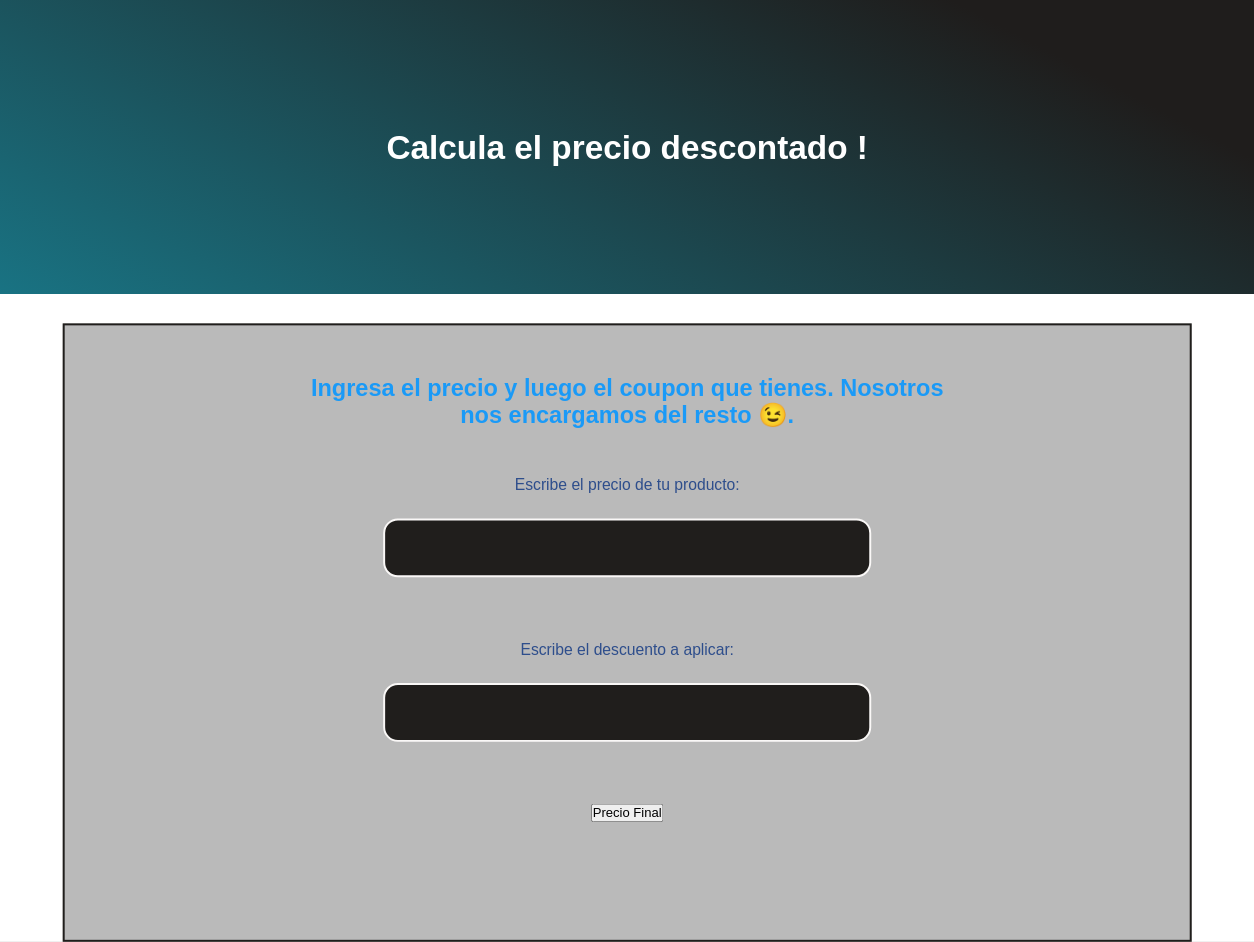
Repository: ChristianGecchelin/javascript-project
Page: javascript-project/descuentos y porcentajes/descuentos.html
The author's editor kept a copy of each file at every save. The page is drawn from the files as they stood at one save, then again after the next save.
The browser window is 1280 px wide. The pictures show the whole page, at 98% of full size.

Above is the page before, as saved 2021-12-05 18:29:11.

### javascript-project/descuentos y porcentajes/descuentos.html
<!DOCTYPE html>
<html lang="es">
  <head>
    <meta charset="UTF-8" />
    <meta http-equiv="X-UA-Compatible" content="IE=edge" />
    <meta name="viewport" content="width=device-width, initial-scale=1.0" />
    <title>Porcentajes y descuentos</title>
    <link rel="stylesheet" href="./style.css" />
  </head>
  <body>
    <header>
      <div class="header--title-container">
        <h1>Calcula el precio descontado !</h1>
      </div>
    </header>
    <main>
      <section class="title-container">
        <h2 class="title">
          Ingresa el precio y luego el coupon que tienes. Nosotros nos
          encargamos del resto 😉.
        </h2>
        <div class="container-form">
          <form action="">
            <div class="form--labelContainer">
              <label class="form--label-input" for="inputPrice">
                Escribe el precio de tu producto:</label
              >
              <input class="form--input" type="number" id="inputPrice" />
            </div>
            <div class="form--labelContainer">
              <label class="form--label-input" for="inputCoupon"
                >Escribe el descuento a aplicar:</label
              >
              <input class="form--input" type="number" id="inputCoupon" />
            </div>

            <button type="button" onclick="calculateDiscountPrice()">
              Precio Final
            </button>
          </form>
        </div>
        <section class="container-answer">
          <p id="resultFunction"></p>
        </section>
      </section>
    </main>

    <script src="./descuentos.js"></script>
  </body>
</html>

### javascript-project/descuentos y porcentajes/style.css
:root {
  --Dark-lightblue: #197383;
  --soft-orange: #ffe9d5;
  --secondary-blue: #1a9af7;
  --soft-blue: #e7f5ff;
  --warm-black: #201e1c;
  --black: #282623;
  --grey: #bababa;
  --off-white: #faf8f7;
  --just-white: #fff;
}
* {
  box-sizing: border-box;
  margin: 0;
  padding: 0;
}
html {
  font-size: 62.5%;
  font-family: "DM Sans", sans-serif;
}
header {
  position: relative;
  display: flex;
  flex-direction: column;
  justify-content: center;
  width: 100%;
  min-width: 320px;
  height: 300px;
  text-align: center;
  background: linear-gradient(207.8deg, #1f1d1c 16.69%, #197383 100%);
}
header .header--title-container {
  display: flex;
  justify-content: center;
  align-self: center;
  width: 90%;
  min-width: 288px;
  max-width: 900px;
  height: 200px;
  text-align: center;
}
header .header--title-container h1 {
  margin: auto;
  font-size: 3.4rem;
  font-weight: 700;
  line-height: 3.6rem;
  color: var(--just-white);
}
.title-container {
  width: 90%;
  height: auto;
  margin: 0 auto;
  margin-top: 30px;
  padding-top: 50px;
  padding-bottom: 100px;
  text-align: center;
  background-color: #bababa;
  border: 2px solid var(--warm-black);
}
.title-container .title {
  width: 60%;
  margin: 0 auto;
  margin-bottom: 25px;
  font-size: 2.4rem;
  font-weight: 700;
  color: #1a9af7;
}
.title-container .container-form {
  display: flex;
  flex-direction: column;
  justify-content: center;
  height: auto;
  padding: 20px 20px;
}
.title-container .container-form .form--labelContainer {
  margin-bottom: 40px;
}
.title-container .container-form .form--label-input {
  display: block;
  font-size: 1.6rem;
  font-weight: 500;
  line-height: 2.4rem;
  color: rgba(34, 68, 136, 0.92);
}
.title-container .container-form .form--input {
  width: 45%;
  height: 60px;
  margin: 2%;
  padding: 5px 10px;
  border: 2px solid var(--off-white);
  border-radius: 15px;
  background-color: var(--warm-black);
  color: var(--off-white);
}

### javascript-project/descuentos y porcentajes/descuentos.js
// Voy a relacionar los descuentos a cupones que el cliente puede aplicar para bajar el precio del producto
// 1° creo un array de objetos. propiedad: valor,
const coupons = [
  {
    name: "nuevo-socio",
    discount: 30,
  },
  { name: "primera-compra", discount: 15 },
  { name: "navidad", discount: 10 },
  {
    name: "cumpleaños",
    discount: 5,
  },
];
function calculoPrecioConDescuento(precio, descuento) {
  // Calculo el porcentaje final que PAGARA el cliente
  const porcentajePrecioConDescuento = 100 - descuento;
  const precioConDescuento = (precio * porcentajePrecioConDescuento) / 100;
  return precioConDescuento;
}
//Esta funcion es la que llamaremos cuando tocamos el boton
//tomamos los valores puestos en los input
function calculateDiscountPrice() {
  const inputPrice = document.getElementById("inputPrice");
  const priceValue = inputPrice.value;
  const inputCoupon = document.getElementById("inputCoupon");
  const couponValue = inputCoupon.value;
  // Esta funcion validara si coupon name es igual a coupon value, solo se ejecuta cuando la llamo

  const isCouponValueValid = function (coupon) {
    return coupon.name === coupon.value;
  };
  //recorreremos el array de cupones para ver si lo introducido en el input corresponde a un cupon valido mediante la funcion anterior y lo almacenamos en una constante
  const userCoupon = coupons.find(isCouponValueValid);
  //si no corresponde nos da un alert. Pero si es valido, la propiedad discount se la asigno a descuento y ejecuto las funciones para calcular
  //finalmente lo traslado al html
  if (!userCoupon) {
    alert(`El cupón ${couponValue} no es válido`);
  } else {
    const descuento = userCoupon.discount;
    const precioConDescuento = calculoPrecioConDescuento(priceValue, descuento);
    const resultP = document.getElementById("ResultP");
    resultP.innerText = `El precio con descuento es: ${precioConDescuento}`;
  }
}

After the next save:
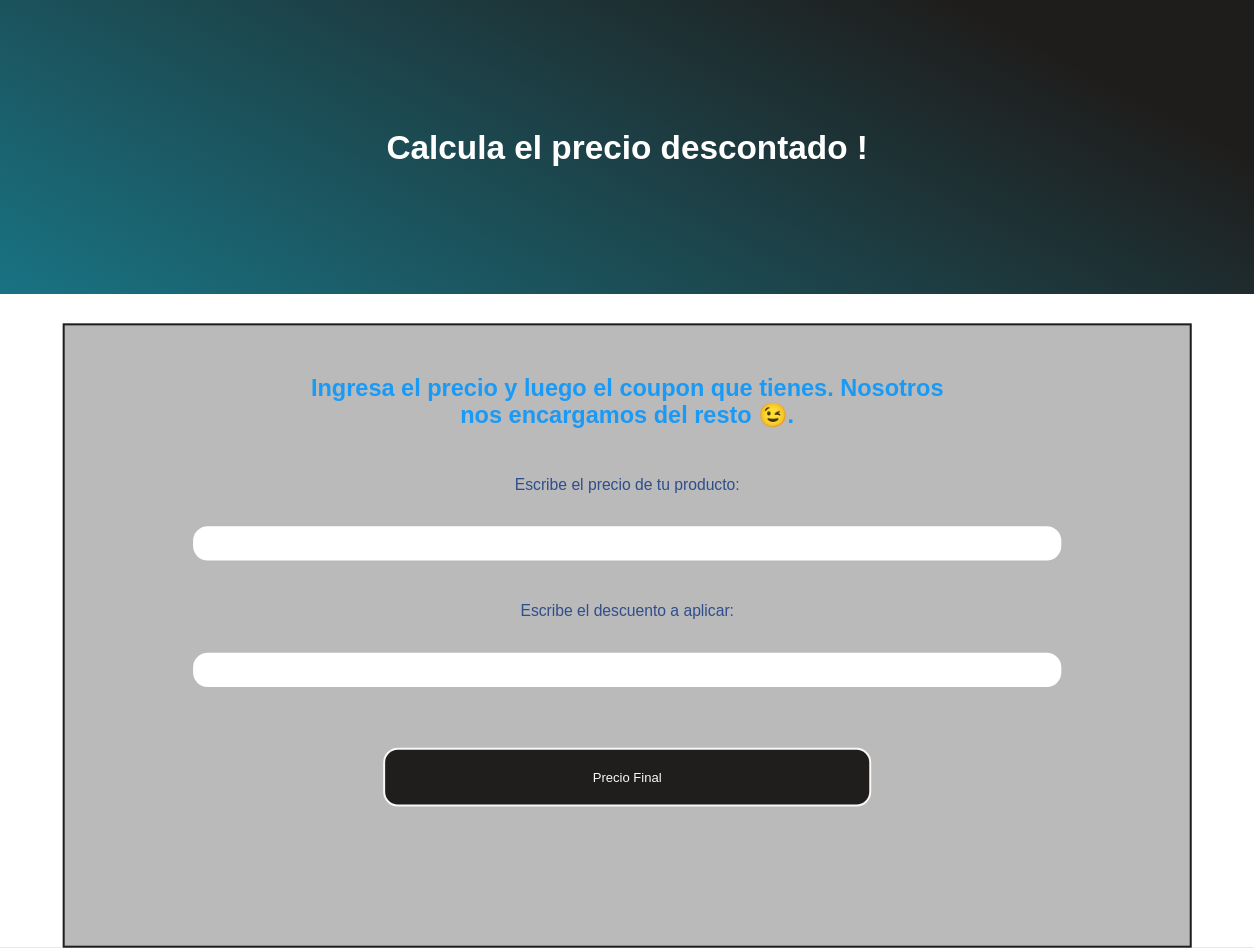
Saved 48 s later.
--- a/javascript-project/descuentos y porcentajes/style.css
+++ b/javascript-project/descuentos y porcentajes/style.css
@@ -83,6 +83,17 @@ header .header--title-container h1 {
   color: rgba(34, 68, 136, 0.92);
 }
 .title-container .container-form .form--input {
+  display: block;
+  width: 80%;
+  height: 35px;
+  margin: 30px auto;
+  border: none;
+  border-radius: 15px;
+  text-align: center;
+  font-size: 2rem;
+  font-weight: 500;
+}
+.title-container .container-form button {
   width: 45%;
   height: 60px;
   margin: 2%;
